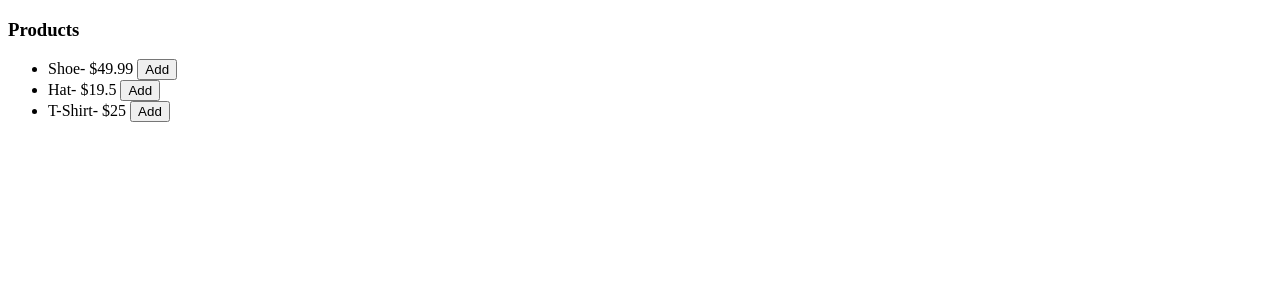
Repository: Vardhan1999/Daily-React-Apps
Page: /
These files come from the project's save history. The page is drawn as it stood at one moment and after the next save; the edit follows.
The browser window is 1280 px wide. The pictures show the whole page.
The project was rebuilt for these pictures with package versions that can differ from the ones it lists, and the page was loaded fresh each time. Also part of the build but not shown: vite.config.js, src/index.css.

Above is the page before, as saved 2025-11-20 23:47:54.

After the next save:
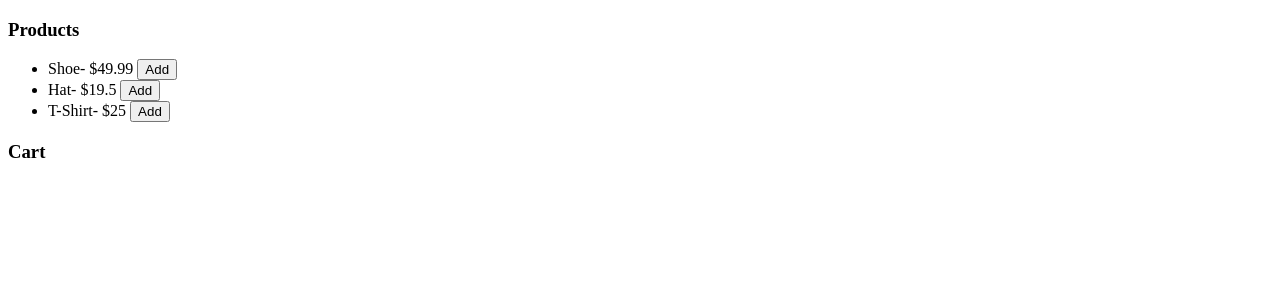
Saved 23 s later.
--- a/src/App.jsx
+++ b/src/App.jsx
@@ -33,6 +33,7 @@ export default function App() {
             <ul>
                 {products.map(p => (<li key={p.id}>{p.name}- ${p.price} <button onClick={() => addToCart(p)}>Add</button></li>))}
             </ul>
+            <h3>Cart</h3>
         </div>
     )
 }
